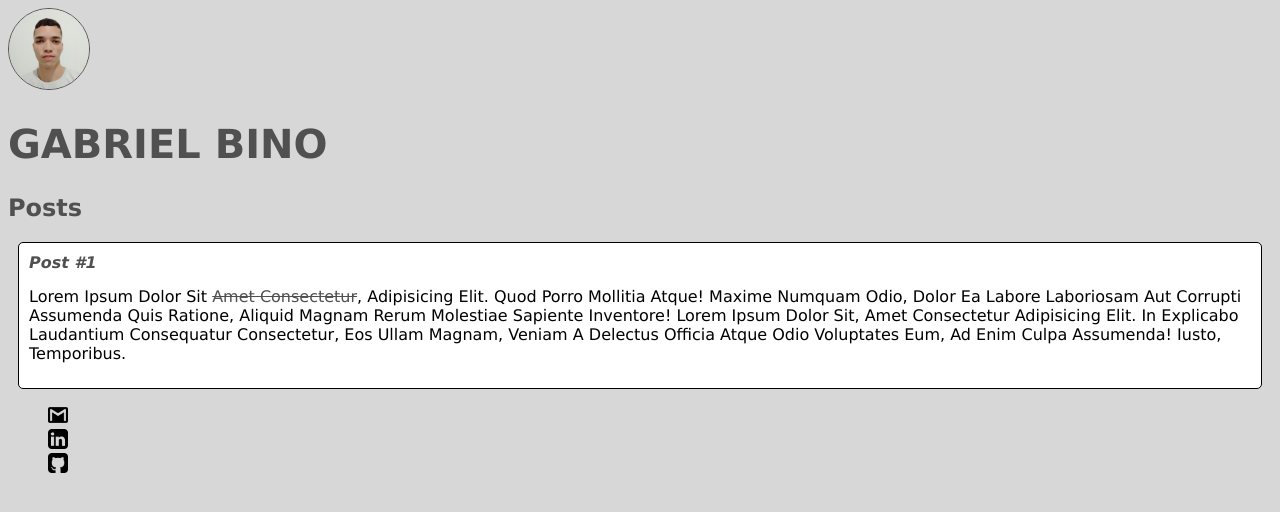
Repository: gabrielbino/projects-dio
Page: html e css/index.html
An editor plug-in stored every save of this project. The page is shown before and after the next save, followed by the edit.
The browser window is 1280 px wide. The pictures show the whole page.

Above is the page before, as saved 2021-10-15 18:48:50.

### html e css/index.html
<!DOCTYPE html>
<html lang="pt-br">
  <head>
    <meta charset="UTF-8" />
    <meta name="viewport" content="width=device-width, initial-scale=1.0" />
    <link rel="stylesheet" href="style.css" />
    <title>Gabriel Bino</title>
  </head>
  <body>
    <header>
      <img
        class="photo"
        src="img/option_profile.jpeg"
        alt="Ilustração do rosto de Gabriel Bino"
        width="80px"
        height="80px"
      />
      <h1 id="title">Gabriel Bino</h1>
    </header>
    <section>
      <header>
        <h2 class="subtitle">Posts</h2>
      </header>
      <article class="post">
        <header>
          <h3 class="post_title">Post #1</h3>
        </header>
        <p class="post_content">
          Lorem ipsum dolor sit <a href="#">amet consectetur</a>, adipisicing
          elit. Quod porro mollitia atque! Maxime numquam odio, dolor ea labore
          laboriosam aut corrupti assumenda quis ratione, aliquid magnam rerum
          molestiae sapiente inventore! Lorem ipsum dolor sit, amet consectetur
          adipisicing elit. In explicabo laudantium consequatur consectetur, eos
          ullam magnam, veniam a delectus officia atque odio voluptates eum, ad
          enim culpa assumenda! Iusto, temporibus.
        </p>
      </article>
    </section>
    <footer>
      <ul class="contact_list">
        <li>
          <a href="mailto:gabriellf650@gmail.com" target="_blank"
            ><img
              src="img/gmail.png"
              alt="Link com a logo do Gmail"
              width="20px"
              height="20px"
            />
          </a>
        </li>
        <li>
          <a
            href="https://www.linkedin.com/in/gabriel-fernandes-bino-456499195/"
            target="_blank"
            ><img
              src="img/lkdn.png"
              alt="Link com a logo do LinkedIn"
              width="20px"
              height="20px"
            />
          </a>
        </li>
        <li>
          <a href="https://github.com/gabrielbino" target="_blank"
            ><img
              src="img/github.png"
              alt="Link com a logo do Github"
              width="20px"
              height="20px"
            />
          </a>
        </li>
      </ul>
    </footer>
  </body>
</html>

### html e css/style.css
body {
  background-color: #d7d7d7;
  font-family: Verdana, sans-serif;
}

.photo {
  border: 1px solid #505050;
  border-radius: 50px;
}

#title,
.subtitle,
.post_title {
  color: #505050;
}

#title {
  font-size: 40px;
  text-transform: uppercase;
}

a {
  text-decoration: line-through;
  color: #505050;
}

.post_title {
  font-size: 16px;
  font-style: italic;
  margin: 0;
  margin-bottom: 15px;
}

.post {
  background-color: #fff;
  padding: 10px;
  border: 1px solid #000;
  margin: 10px;
  margin-bottom: 15px;
  border-radius: 5px;
}

.post_content {
  margin: 0;
  margin-bottom: 15px;
  text-transform: capitalize; /* A primeira letra de cada palavra em maíusculo. */
}

.contact_list {
  list-style-type: none;
}

After the next save:
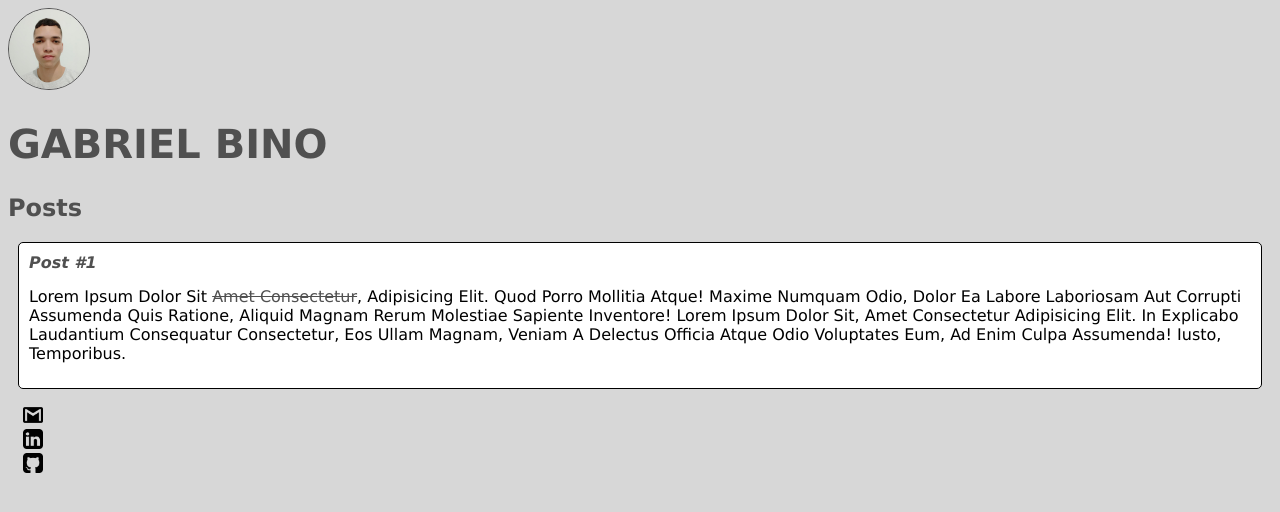
Saved 23 s later.
--- a/html e css/style.css
+++ b/html e css/style.css
@@ -48,4 +48,5 @@ a {
 
 .contact_list {
   list-style-type: none;
+  padding-left: 15px;
 }
